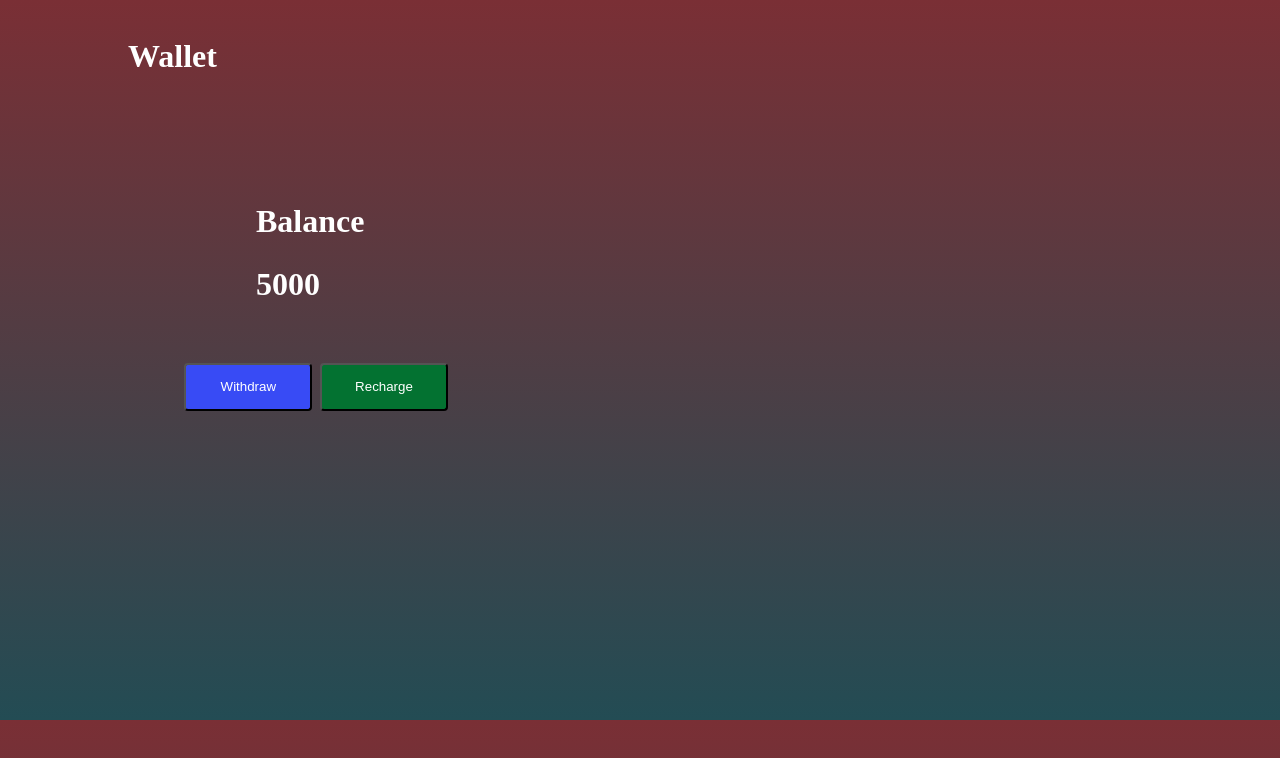
Repository: jagan607/N-Kalari
Page: /
The author's editor kept a copy of each file at every save. The page is drawn from the files as they stood at one save, then again after the next save.
The browser window is 1280 px wide. The pictures show the whole page.
The project was rebuilt for these pictures with package versions that can differ from the ones it lists, and the page was loaded fresh each time. Also part of the build but not shown: src/App.css, src/helpers/firebase.js, src/components/Login/Login.js.

Above is the page before, as saved 2022-01-07 17:43:56.

After the next save:
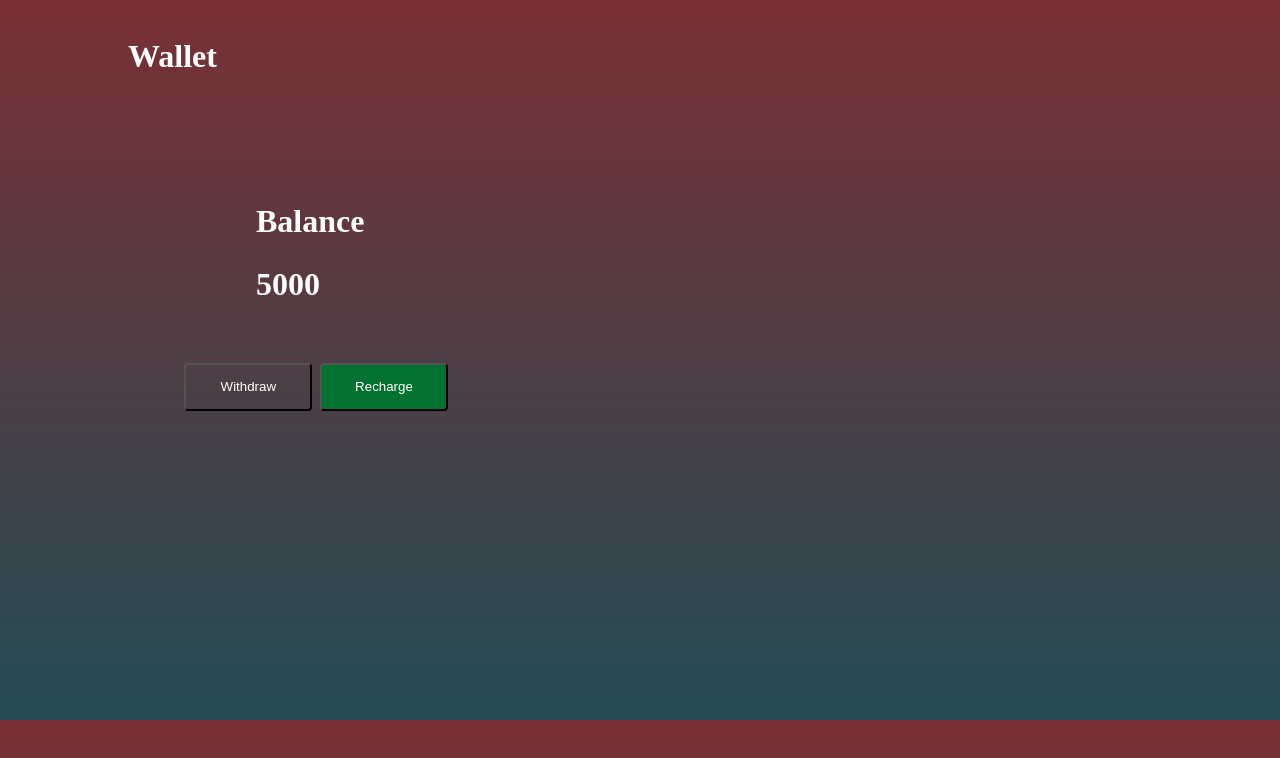
Saved 76 s later.
--- a/src/components/wallet/index.css
+++ b/src/components/wallet/index.css
@@ -30,9 +30,13 @@
     margin-right: 2%;
     width: 8rem;
     height: 3rem;
-    background: #384BF5;
+    /* background: #384BF5; */
     border-radius: 4px;
+    /* color: white;
+     */
+     background: transparent;
     color: white;
+    /* border-color: #00AA66; */
 
 }
 

After the save that followed:
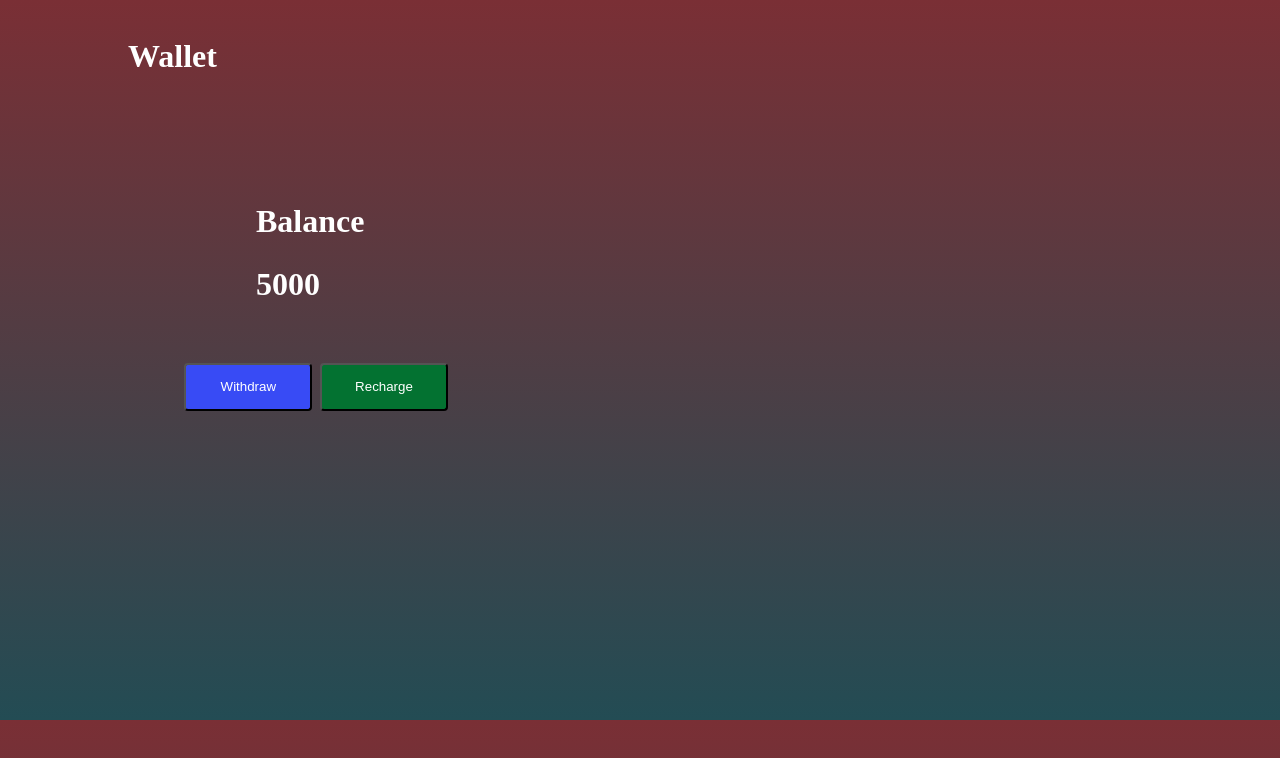
Saved 39 s later.
--- a/src/components/wallet/index.css
+++ b/src/components/wallet/index.css
@@ -30,13 +30,9 @@
     margin-right: 2%;
     width: 8rem;
     height: 3rem;
-    /* background: #384BF5; */
+    background: #384BF5;
     border-radius: 4px;
-    /* color: white;
-     */
-     background: transparent;
     color: white;
-    /* border-color: #00AA66; */
 
 }
 
